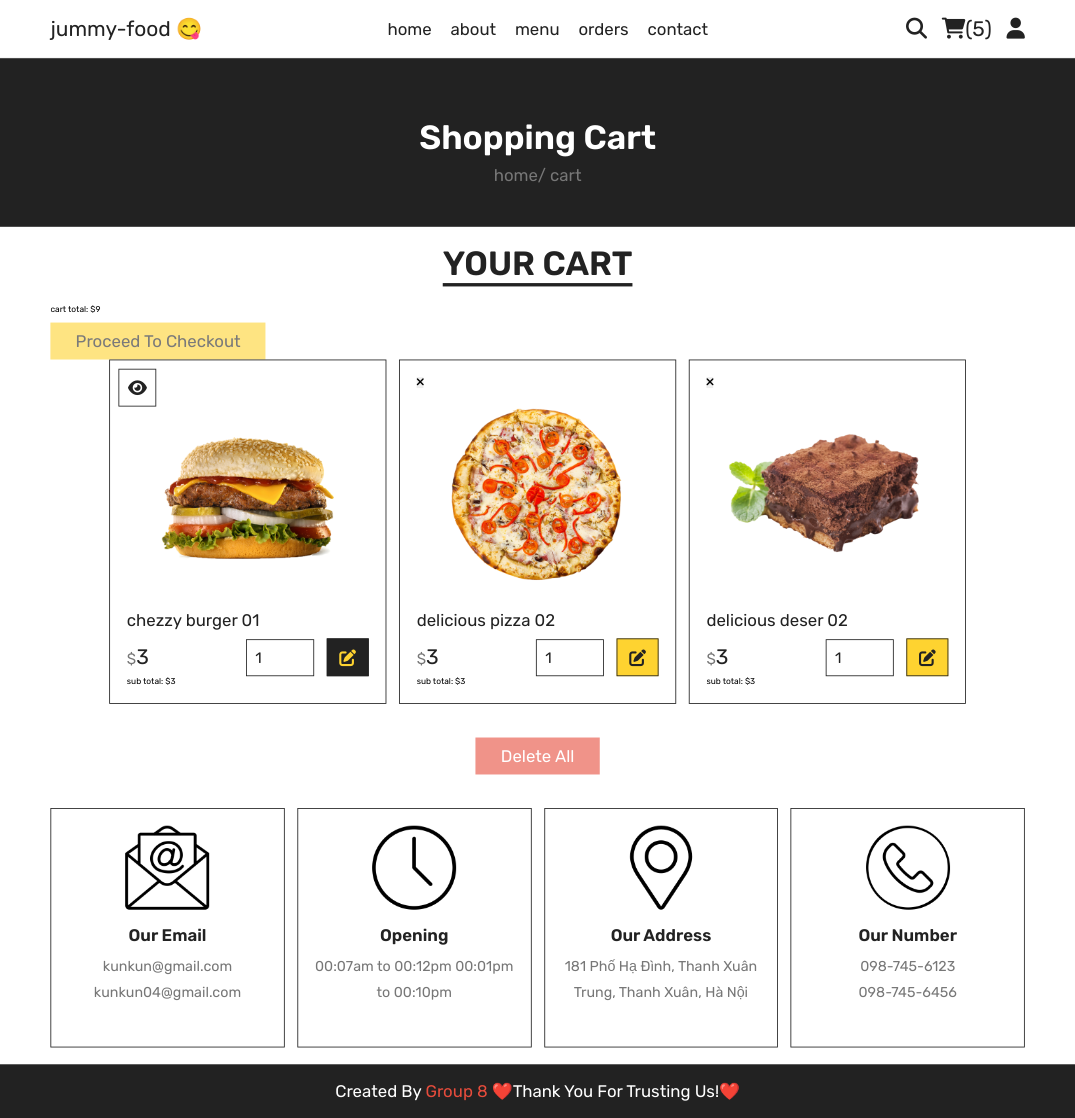
Repository: VuongLinhDinh/jummy_food
Page: cart.html
The author's editor kept a copy of each file at every save. The page is drawn from the files as they stood at one save, then again after the next save.
The browser window is 1280 px wide. The pictures show the whole page, at 84% of full size.
The pointer rests on the first visible `.products .box-container .box .flex .fa-edit`.
Some web libraries are served in a nearby version.

Above is the page before, as saved 2023-11-12 16:31:10.

### cart.html
<!DOCTYPE html>
<html lang="en">
<head>
    <meta charset="UTF-8">
    <meta name="viewport" content="width=device-width, initial-scale=1.0">
    <title>Cart</title>
    <!-- font awesome cdn link -->
    <link rel="stylesheet" href="https://cdnjs.cloudflare.com/ajax/libs/font-awesome/6.1.1/css/all.min.css">
    <!-- custom css -->
    <link rel="stylesheet" href="./css/style.css">
</head>
<body>
    <!-- header section starts  -->
    <header class="header">
        <section class="flex">
            <a href="home.html" class="logo">jummy-food 😋</a>
            <nav class="navbar">
                <a href="home.html">home</a>
                <a href="about.html">about</a>
                <a href="menu.html">menu</a>
                <a href="orders.html">orders</a>
                <a href="contact.html">contact</a>
            </nav>
            <div class="icons">
                <a href="search.html"><i class="fas fa-search"></i></a>
                <a href="cart.html"><i class="fas fa-shopping-cart"></i><span>(5)</span></a>
                <div id="user-btn" class="fas fa-user"></div>
                <div id="menu-btn" class="fas fa-bars"></div>
            </div>
            <div class="profile">
                <p class="name">Kun Aquero</p>
                <div class="flex">
                    <a href="profile.html" class="btn">profile</a>
                    <a href="#" class="delete-btn">logout</a>
                </div>
                <p class="account"><a href="login.html">login</a> or <a href="login.html">register</a></p>
            </div>
        </section>
    </header>
    <!-- header section end  -->
    <div class="heading">
        <h3>shopping cart</h3>
        <p><a href="home.html">home</a><span>/ cart</span></p>
    </div>
    <!-- shopping cart section stars  -->
    <section class="products">
        <h1 class="title">your cart</h1>
        <div class="cart-total">
            <p>cart total: <span>$9</span></p>
            <a href="checkout.html" class="btn">proceed to checkout</a>
        </div>
        <div class="box-container">
            <form action="#" method="post" class="box">
                <button type="submit" class="fas fa-eye" name="quick-view"></button>
                <button type="submit" class="fas fa-times" name="detele" onclick="return confirm('delete this item?');"></button>
                <img src="uploaded_img/burger-1.png" alt="">
                <div class="name">chezzy burger 01</div>
                <div class="flex">
                    <div class="price"><span>$</span>3</div>
                    <input type="number" class="qty" name="qty" min="1" max="99" value="1"
                    onkeypress="if(this.value.length == 2) return false;">
                    <button type="submit" class="fas fa-edit"></button>
                </div>
                <div class="sub-total">sub total: <span>$3</span></div>
            </form>
            <form action="#" method="post" class="box">
                <button type="submit" class="fas fa-eye" name="quick-view"></button>
                <button type="submit" class="fas fa-times" name="detele" onclick="return confirm('delete this item?');"></button>
                <img src="uploaded_img/pizza-2.png" alt="">
                <div class="name">delicious pizza 02</div>
                <div class="flex">
                    <div class="price"><span>$</span>3</div>
                    <input type="number" class="qty" name="qty" min="1" max="99" value="1"
                    onkeypress="if(this.value.length == 2) return false;">
                    <button type="submit" class="fas fa-edit"></button>
                </div>
                <div class="sub-total">sub total: <span>$3</span></div>
            </form>
            <form action="#" method="post" class="box">
                <button type="submit" class="fas fa-eye" name="quick-view"></button>
                <button type="submit" class="fas fa-times" name="detele" onclick="return confirm('delete this item?');"></button>
                <img src="uploaded_img/dessert-2.png" alt="">
                <div class="name">delicious deser 02</div>
                <div class="flex">
                    <div class="price"><span>$</span>3</div>
                    <input type="number" class="qty" name="qty" min="1" max="99" value="1"
                    onkeypress="if(this.value.length == 2) return false;">
                    <button type="submit" class="fas fa-edit"></button>
                </div>
                <div class="sub-total">sub total: <span>$3</span></div>
            </form>
        </div>
        <div class="more-btn">
           <form action="" method="post">
            <button type="submit" class="delete-btn" name="detele_all" onclick="return confirm('delete all form cart?');">Delete All</button>
           </form>
        </div>
    </section>
    <!-- shopping cart section end  -->







    <!-- footer section starts  -->
    <footer class="footer">
        <section class="grid">
            <div class="box">
                <img src="images/email-icon.png" alt="">
                <h3>our email</h3>
                <a href="mailto:kunkun@gmail.com">kunkun@gmail.com</a>
                <a href="mailto:kun04@gmail.com">kunkun04@gmail.com</a>
            </div>

            <div class="box">
                <img src="images/clock-icon.png" alt="">
                <h3>opening</h3>
                <p>
                    00:07am to 00:12pm
                    00:01pm to 00:10pm
                </p>
            </div>

            <div class="box">
                <img src="images/map-icon.png" alt="">
                <h3>our address</h3>
                <a href="https://www.google.com/maps/place/181+P.+H%E1%BA%A1+%C4%90%C3%ACnh,+H%E1%BA%A1+%C4%90%C3%ACnh,+Thanh+Xu%C3%A2n,+H%C3%A0+N%E1%BB%99i,+Vi%E1%BB%87t+Nam/@20.9891313,105.8056888,17z/data=!3m1!4b1!4m5!3m4!1s0x3135ac952468595f:0xd4c0347109838030!8m2!3d20.9891263!4d105.8082691?hl=vi-VN&entry=ttu">181 Phố Hạ Đình, Thanh Xuân Trung, Thanh Xuân, Hà Nội</a>
            </div>

            <div class="box">
                <img src="images/phone-icon.png" alt="">
                <h3>our number</h3>
                <a href="tel:0987456123">098-745-6123</a>
                <a href="tel:0987456456">098-745-6456</a>
            </div>
        </section>
        <div class="credit">created by <span>group 8</span> ❤️Thank you for trusting us!❤️</div>
    </footer>
    <!-- footer section end  -->
    <!-- custom js file -->
    <script src="./js/script.js"></script>
</body>
</html>

### css/style.css
@import url('https://fonts.googleapis.com/css2?family=Nunito:wght@200;300;400;600;700&family=Rubik:wght@300;400;500;600&display=swap');
:root {
    --yellow: #fed330;
    --red: #e74c3c;
    --white: #fff;
    --black: #222;
    --light-color: #777;
    --border: .1rem solid var(--black);
}
*{
    font-family: 'Rubik', sans-serif;
    margin: 0; padding: 0;
    box-sizing: border-box;
    outline: none; border: none;
    text-decoration: none;
}
*::selection {
    background-color: var(--yellow);
    color: var(--white);
}
::-webkit-scrollbar {
    height: 0.5rem;
    width: 1rem;
}
::-webkit-scrollbar-track {
    background-color: transparent;
}
::-webkit-scrollbar-thumb {
    background-color: var(--yellow);
}
html {
    font-size:  62.5%;
    overflow-x: hidden;
    scroll-behavior: smooth;
    stop-opacity: 7rem;
}
section {
    margin: 0 auto;
    max-width: 1200px;
    padding: 2rem;
}
.title {
    text-align: center;
    margin-bottom: 2.5rem;
    font-size: 4rem;
    color: var(--black);
    text-transform: uppercase;
    text-decoration: underline;
    text-underline-offset: 1rem;
}
.heading {
    display: flex;
    align-items: center;
    justify-content: center;
    gap: 1rem;
    flex-flow: column;
    background-color: var(--black);
    min-height: 20rem;
}
.heading h3 {
    font-size: 4rem;
    color: var(--white);
    text-transform: capitalize;
    margin-top: 2rem;
}
.heading p {
    font-size: 2rem;
}
.heading p a {
    color: var(--light-color);
}
.heading p a:hover {
    text-decoration: underline;
    color: var(--yellow);
}
.heading p span {
    color: var(--light-color);
}
.btn, .delete-btn {
    margin-top: 1rem;
    display: inline-block;
    font-size: 2rem;
    padding: 1rem 3rem;
    opacity: .6;
    cursor: pointer;
}
.btn:hover, .delete-btn:hover {
    /* letter-spacing: .2rem; */
    transition:  .2s linear;
    opacity: 1;
}
.btn {
    background-color: var(--yellow);
    color: var(--black);
    text-transform: capitalize;
}
.delete-btn {
    background-color: var(--red);
    color: var(--white);
}
.header {
    position: sticky;
    top: 0; left: 0; right: 0;
    z-index: 1000;
    background-color: var(--white);
    border-bottom: var(--border);
}
.header .flex {
    display: flex;
    align-items: center;
    justify-content: space-between;
    position: relative;
}
.header .flex .logo {
    font-size: 2.5rem;
    color: var(--black);
}
.header .flex .navbar a {
    font-size: 2rem;
    color: var(--black);
    margin: 0 1rem;

}
.header .flex .navbar a:hover {
    color: var(--yellow);
    text-decoration: underline;
}
.header .flex .icons > * {
    margin-left: 1.5rem;
    font-size: 2.5rem;
    color: var(--black);
    cursor: pointer;
}
.header .flex .icons > *:hover {
    color: var(--yellow);
}
#menu-btn {
    display: none;
}
.header .flex .profile {
    background-color: var(--white);
    border: var(--border);
    padding: 1.5rem;
    text-align: center;
    position: absolute;
    top: 125%; right: 2rem;
    width: 30rem;
    display: none;
    animation: fadeIn .2s linear;
}
.header .flex .profile.active {
    display: block;
}
@keyframes fadeIn {
    0% {
        transform: translateY(1rem);
    }
}
.header .flex .profile .name {
    font-size: 2rem;
    color: var(--black);
    margin-bottom: 1rem;
}
.header .flex .profile .account {
    margin-top: 1rem;
    font-size: 2rem;
    color: var(--light-color);
}
.header .flex .profile .account a {
    color: var(--black);
}
.header .flex .profile .account a:hover {
    color: var(--yellow);
    text-decoration: underline;
}
.hero .slide {
    display: flex;
    align-items: center;
    flex-wrap: wrap-reverse;
    gap: 2rem;
    margin-bottom: 4rem;
}
.hero .slide .image {
    flex: 1 1 40rem;
}
.hero .slide .image img {
    width: 100%;
}
.hero .slide .content {
    flex: 1 1 40rem;
    text-align: center;
}
.hero .slide .content span {
    font-size: 2.5rem;
    color: var(--light-color);
}
.hero .slide .content h3 {
    margin: 1rem 0;
    font-size: 6rem;
    color: var(--black);
    text-transform: capitalize;
}
.swiper-pagination-bullet-active{
    background-color: var(--yellow);
}
.category .box-container {
    display: grid;
    grid-template-columns: repeat(auto-fit, minmax(27rem, 1fr));
    gap: 1.5rem;
    align-items: flex-start;
}
.category .box-container .box {
    border: var(--border);
    padding: 2rem;
    padding-bottom: 5rem;
    text-align: center;
}
.category .box-container .box img {
    width: 100%;
    height: 10rem;
    object-fit: contain;
}
.category .box-container .box h3 {
    font-size: 2rem;
    margin-top: 1.5rem;
    color: var(--black);
    text-transform: capitalize;
}
.category .box-container .box:hover {
    background-color: var(--black);
}
.category .box-container .box:hover img {
    filter: invert(1);
}
.category .box-container .box:hover h3 {
    color: var(--white);
}
.products .box-container {
    display: grid;
    grid-template-columns: repeat(auto-fit, 33rem);
    justify-content: center;
    align-items: flex-start;
    gap: 1.5rem;
}
.products .box-container .box {
    border: var(--border);
    padding: 2rem;
    position: relative;
    overflow: hidden;
    margin-bottom: 1rem;
}
.products .box-container .box img {
    width: 100%;
    height: 25rem;
    object-fit: contain;
}
.products .box-container .box .fa-eye,
.products .box-container .box .fa-shopping-cart {
    position: absolute;
    top: 1rem;
    height: 4.5rem; width: 4.5rem;
    line-height: 4.3rem;
    border: var(--border);
    background-color: var(--white);
    cursor: pointer;
    font-size: 2rem;
    color: var(--black);
    transition: .2s linear;
}
.products .box-container .box .fa-eye:hover,
.products .box-container .box .fa-shopping-cart:hover {
    background-color: var(--black);
    color: var(--white);
}
.products .box-container .box .fa-eye {
    left: -10rem;
}
.products .box-container .box .fa-shopping-cart {
    right: -10rem;
}
.products .box-container .box:hover .fa-eye {
    left: 1rem;
}
.products .box-container .box:hover .fa-shopping-cart {
    right: 1rem;
}
.products .box-container .box .cat {
    font-size: 1.8rem;
    color: var(--light-color);
}
.products .box-container .box .cat:hover {
    color: var(--black);
    text-decoration: underline;
}
.products .box-container .box .name {
    font-size: 2rem;
    color: var(--black);
    margin: 1rem 0;
}
.products .box-container .box .flex {
    display: flex;
    align-items: center;
    gap: 1.5rem;
    margin-top: 1rem;
}
.products .box-container .box .flex .price {
    margin-right: auto;
    font-size: 2.5rem;
    color: var(--black);
}
.products .box-container .box .flex .price span {
    color: var(--light-color);
    font-size: 1.8rem;

}
.products .box-container .box .flex .qty {
    padding: 1rem;
    border: var(--border);
    font-size: 1.8rem;
    color: var(--black);
}
.products .box-container .box .flex .fa-edit {
    width: 5rem;
    background-color: var(--yellow);
    color: var(--black);
    font-size: 2rem;
    height: 4.5rem;
    border: var(--border);
    line-height: ;
    cursor: pointer;
}
.products .box-container .box .flex .fa-edit:hover {
    background-color: var(--black);
    color: var(--yellow);
}
.products .more-btn {
    margin-top: 2rem;
    text-align: center;
}
.about .row {
    display: flex;
    align-items: center;
    flex-wrap: wrap;
    gap: 1.5rem;
}
.about .row .image {
    flex: 1 1 40rem;
}
.about .row .image img {
    width: 100%;
}
.about .row .content {
    flex: 1 1 40rem;
    text-align: center;
}
.about .row .content h3{
    font-size: 3rem;
    color: var(--black);
    text-transform: capitalize;
    margin-bottom: 2rem;
}
.about .row .content p {
    padding: 1rem 0;
    line-height: 2;
    font-size: 1.8rem;
    color: var(--light-color);
}
.about .row .content a {
    text-transform: capitalize;

}
.steps .box-container {
    display: grid;
    grid-template-columns: repeat(auto-fit, minmax(30rem, 1fr));
    gap: 1.5rem;
    align-items: flex-start;
}
.steps .box-container .box {
    text-align: center;
    border: var(--border);
    padding: 2rem;
}
.steps .box-container .box img {
    height: 10rem;
    width: 100%;
    object-fit: contain;
}
.steps .box-container .box h3 {
    font-size: 2.3rem;
    margin: 1rem 0;
    color: var(--black);
    text-transform: capitalize;
}
.steps .box-container .box p {
    line-height: 2;
    font-size: 1.6rem;
    color: var(--light-color);
    text-transform: capitalize;
}
.reviews .slide {
    margin-bottom: 4rem;
    border: var(--border);
    padding: 2rem;
    text-align: center;
}
.reviews .slide img {
    height: 10rem;
    width: 10rem;
    margin-bottom: .5rem;
    border-radius: 50%;
}
.reviews .slide p {
    padding: 1rem 0;
    line-height: 2;
    font-size: 1.5rem;
    color: var(--light-color);
}
.reviews .slide .stars {
    display: inline-block;
    padding: 1rem 2rem;
}
.reviews .slide .stars i {
    font-size: 1.8rem;
    color: var(--yellow);
}
.reviews .slide h3 {
    font-size: 2.5rem;
    margin-top: 1.5rem;
    color: var(--black);
    text-transform: capitalize;
}
.contact .row {
    display: flex;
    align-items: center;
    flex-wrap: wrap;
    gap: 1.5rem;
}
.contact .row .image {
    flex: 1 1 40rem;
}
.contact .row .image img {
    width: 100%;
}
.contact .row form {
    border: var(--border);
    flex: 1 1 40rem;
    padding: 2rem;
    text-align: center;
}
.contact .row form h3 {
    font-size: 2rem;
    color: var(--black);
    margin-bottom: 1rem;
   text-transform: capitalize;
}
.contact .row form .box {
    width: 100%;
    margin: 1rem 0;
    font-size: 1.8rem;
    color: var(--black);
    border: var(--border);
    padding: 1.4rem;
}
.contact .row form textarea {
    height: 15rem;
    resize: none;
}
.search-form form {
    display: flex;
    gap: 1rem;
}
.search-form form .box {
    width: 100%;
    border: var(--border);
    border-radius: 5rem;
    padding: 1.4rem;
    font-size: 1.8rem;
    color: var(--black);
}
.search-form form .fa-search {
    width: 5rem;
    font-size: 3.5rem;
    background-color: var(--white);
    color: var(--black);
    cursor: pointer;
}
.search-form form .fa-search:hover {
    color: var(--yellow);
}





































.footer .grid {
    display: grid;
    grid-template-columns: repeat(auto-fit, minmax(27rem, 1fr));
    gap: 1.5rem;
    align-items: flex-start;
}
.footer .grid .box {
    border: var(--border);
    padding: 2rem;
    padding-bottom: 5rem;
    text-align: center;
}
.footer .grid .box img {
    height: 10rem;
    width: 100%;
    object-fit: contain;
    margin-bottom: .5rem;
}
.footer .grid .box h3 {
    margin: 1rem 0;
    font-size: 2rem;
    color: var(--black);
    text-transform: capitalize;
}
.footer .grid .box p,
.footer .grid .box a {
    display: block;
    font-size: 1.7rem;
    color: var(--light-color);
    line-height: 1.8;
}
.footer .grid .box a:hover {
    text-decoration: underline;
}
.credit {
    padding: 2rem;
    text-align: center;
    background-color: var(--black);
    color: var(--white);
    font-size: 2rem;
    text-transform: capitalize;
}
.credit span {
    color: var(--red);

}

/* media query  */
@media (max-width: 991px) {
    html {
        font-size: 55%;
    }
}
@media (max-width: 768px) {
    #menu-btn {
        display: inline-block;
    }
    .header .flex .navbar {
        position: absolute;
        top: 99%; left: 0; right: 0;
        border-top: var(--border);
        border-bottom: var(--border);
        background-color: var(--white);
        transition:  .2s linear;
        clip-path: polygon(0 0, 100% 0, 100% 0, 0 0);
    }
    .header .flex .navbar a {
        display: block;
        margin: 2rem;
    }
    .header .flex .navbar.active {
        clip-path: polygon(0 0, 100% 0, 100% 100%, 0 100%);
    }
}
@media (max-width: 450px) {
    html {
        font-size: 50%
    }
    .title {
        font-size: 3rem;
    }
    .header .flex .logo {
        font-size: 2rem;
    }
    .hero .slide .content h3 {
        font-size: 5rem;
    }

}

### js/script.js
navbar = document.querySelector('.header .flex .navbar');
document.querySelector('#menu-btn').onclick = () => {
    navbar.classList.toggle('active');
    profile.classList.remove('active');
}
profile = document.querySelector('.header .flex .profile');
document.querySelector('#user-btn').onclick = () => {
    profile.classList.toggle('active');
    navbar.classList.remove('active');
}
window.onscroll = () => {
    navbar.classList.remove('active');
    profile.classList.remove('active');
}

After the next save:
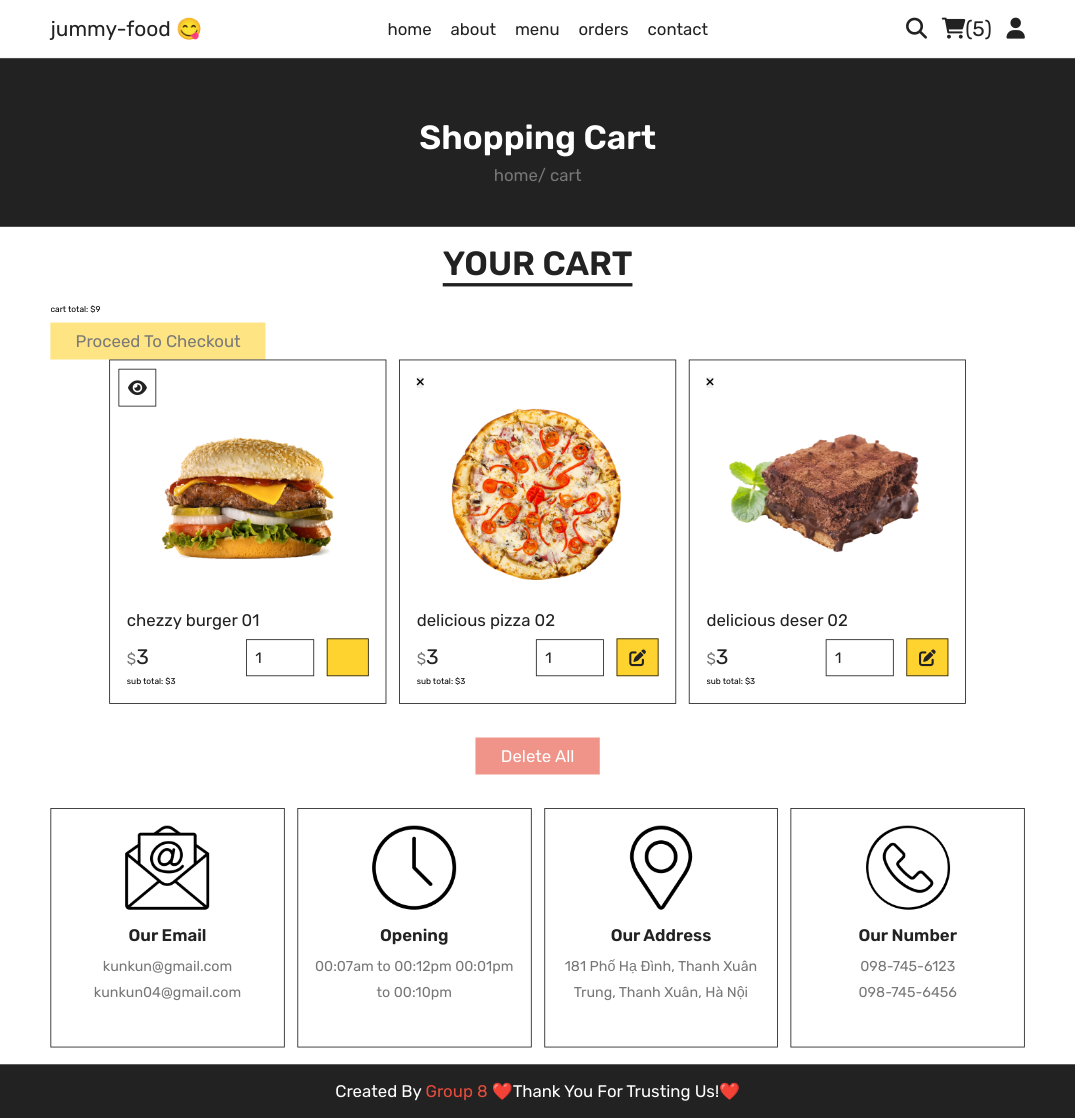
Saved 18 s later.
--- a/css/style.css
+++ b/css/style.css
@@ -330,7 +330,7 @@ section {
     cursor: pointer;
 }
 .products .box-container .box .flex .fa-edit:hover {
-    background-color: var(--black);
+    /* background-color: var(--black); */
     color: var(--yellow);
 }
 .products .more-btn {
